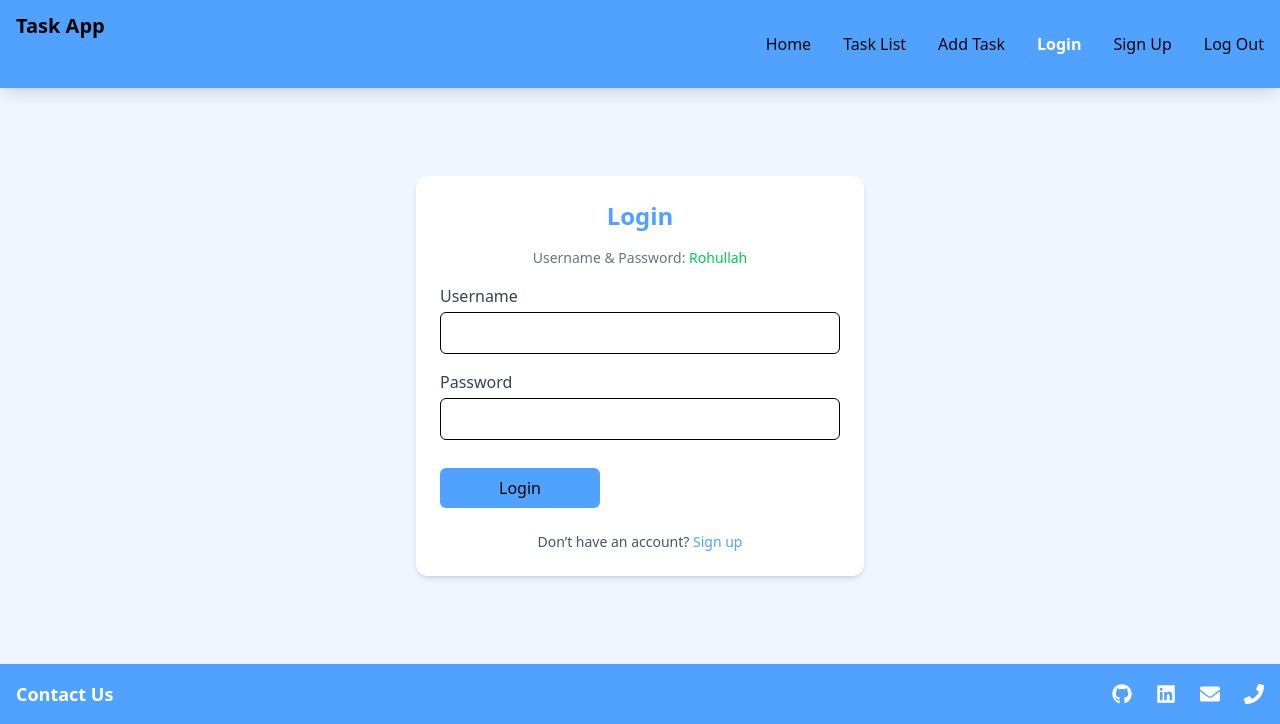
Repository: Rohullah-Noori/TaskApp
Page: /logout
These files come from the project's save history. The page is drawn as it stood at one moment and after the next save; the edit follows.
The browser window is 1280 px wide. The pictures show the whole page.
The project was rebuilt for these pictures with package versions that can differ from the ones it lists, and the page was loaded fresh each time. Also part of the build but not shown: vite.config.js, src/components/PrivateRoute.jsx, src/pages/Landing.jsx, src/pages/Home.jsx, src/pages/Signup.jsx, src/pages/Addtask.jsx, src/pages/Edittask.jsx, src/pages/Errorpage.jsx.

Above is the page before, as saved 2025-06-23 10:53:47.

### src/index.css
@import "tailwindcss";

.input {
  @apply border-3 border-blue-200 focus:outline-blue-500 w-full rounded-md p-1;
}

.containerForm {
  @apply flex items-center justify-center  p-10 h-[90%] bg-blue-100 flex-grow overflow-y-auto;
}
.parentContainerForm {
  @apply max-w-md bg-white p-8 rounded-lg shadow-lg w-[90%];
}

.heading {
  @apply text-xl sm:text-2xl md:text-3xl font-bold mb-6 text-gray-800 text-center p-1 md:p-4;
}

.taskContainer {
  @apply bg-blue-100 lg:h-full min-h-107 justify-center flex;
}
.taskinnerContainer {
  @apply mt-10 text-center h-[90%]  shadow-lg bg-amber-50  rounded-xl p-10  max-w-md w-full;
}

.btndesign {
  @apply mt-3 cursor-pointer rounded-md py-2 mb-2 w-[50%] text-wrap sm:w-40 bg-blue-400  hover:bg-blue-500 hover:text-white;
}

### src/App.jsx
import { TasksProvider } from "./components/TaskContext";
import { BrowserRouter as Router, Routes, Route } from "react-router-dom";
import PrivateRoute from "./components/PrivateRoute";
import { AuthProvider } from "./components/PrivateContext";
import Landing from "./pages/Landing";
import Home from "./pages/Home";
import Login from "./pages/Login";
import Signup from "./pages/Signup";
import Addtask from "./pages/Addtask";
import Edittask from "./pages/Edittask";
import Errorpage from "./pages/Errorpage";
import Logout from "./pages/Logout";

function App() {
  return (
    <>
      <Router>
        <AuthProvider>
          <TasksProvider>
            <Routes>
              <Route path="/" element={<PrivateRoute />}>
                <Route index element={<Landing />} />
                <Route path="/addtask" element={<Addtask />} />
                <Route path="/home" element={<Home />} />
                <Route path="/edit-task/:taskId" element={<Edittask />} />
              </Route>

              <Route path="/login" element={<Login />} />

              <Route path="/signup" element={<Signup />} />
              <Route path="/logout" element={<Logout />} />

              <Route path="/*" element={<Errorpage />} />
            </Routes>
          </TasksProvider>
        </AuthProvider>
      </Router>
    </>
  );
}

export default App;

### src/components/TaskContext.jsx
import { createContext, useContext, useState } from "react";

const TaskContext = createContext();
export const TasksProvider = ({ children }) => {
  const [tasks, setTasks] = useState([]);
  const [loading, setIsloading] = useState(false);
  const addtask = (newtask) => {
    setTasks((prevtask) => [...prevtask, newtask]);
  };

  const updateTask = (taskId, taskdata) => {
    setTasks((prevtask) =>
      prevtask.map((task) =>
        task.id === Number(taskId)
          ? {
              ...task,
              title: taskdata.title,
              startTime: taskdata.startTime,
              endTime: taskdata.endTime,
            }
          : task
      )
    );
  };

  return (
    <TaskContext.Provider
      value={{
        tasks,
        addtask,
        setTasks,
        loading,
        setIsloading,
        updateTask,
      }}
    >
      {children}
    </TaskContext.Provider>
  );
};

export const useTasks = () => useContext(TaskContext);

### src/components/PrivateContext.jsx
import { createContext, useContext, useEffect, useState } from "react";
import { useNavigate } from "react-router-dom";

const AuthContext = createContext();
export const AuthProvider = ({ children }) => {
  const [islogin, setIslogin] = useState(() => {
    return localStorage.getItem("islogin") === "true" ? true : false;
  });
  const navigate = useNavigate();

  useEffect(
    function () {
      localStorage.setItem("islogin", JSON.stringify(islogin));
    },

    [islogin]
  );

  const login = () => {
    setIslogin(true);
    navigate("/");
  };

  const logout = () => {
    setIslogin(false);
    navigate("/login");
  };

  return (
    <AuthContext.Provider value={{ login, logout, islogin }}>
      {children}
    </AuthContext.Provider>
  );
};

export const useAuth = () => useContext(AuthContext);

### src/pages/Login.jsx
import Navbar from "../components/Navbar";
import { useState } from "react";
import { Link } from "react-router-dom";
import Loader from "../components/Loader";
import Button from "../components/Button";
import { useAuth } from "../components/PrivateContext";
import Footer from "../components/Footer";

function Login() {
  const [message, setMessage] = useState("");
  const [loading, setIsloading] = useState(false);
  const [password, setPassword] = useState("");
  const [username, setUsername] = useState("");
  const { login } = useAuth();

  const validUsername = "Rohullah";
  const validPassword = "Rohullah";

  function handleSubmit(e) {
    e.preventDefault();
    setIsloading(true);
    setMessage("");

    if (username === validUsername && password === validPassword) {
      setTimeout(() => {
        setIsloading(false);
        setMessage("Login successfully");
        login();
      }, 1000);
    } else {
      setTimeout(() => {
        setMessage("Invalid username or password");
        setIsloading(false);
      }, 700);
    }
  }

  return (
    <>
      <Navbar />
      <main className="min-h-[80vh] flex justify-center items-center bg-blue-50 px-4">
        <div className="w-full max-w-md bg-white rounded-xl shadow-md p-6">
          <h2 className="text-2xl font-bold text-center text-blue-400 mb-4">
            Login
          </h2>

          <p className="text-sm text-gray-500 text-center mb-4">
            Username & Password:{" "}
            <span className="text-green-500 font-medium">Rohullah</span>
          </p>

          {loading && <Loader />}
          {message && (
            <div
              className={`text-sm px-4 py-2 rounded-md border mb-4 ${
                message === "Login successfully"
                  ? "bg-green-100 text-green-700 border-green-400"
                  : "bg-red-100 text-red-700 border-red-400"
              }`}
            >
              {message}
            </div>
          )}

          <form onSubmit={handleSubmit} className="space-y-4">
            <div>
              <label
                htmlFor="username"
                className="block text-gray-700 font-medium mb-1"
              >
                Username
              </label>
              <input
                type="text"
                id="username"
                value={username}
                onChange={(e) => setUsername(e.target.value)}
                className="w-full px-4 py-2 border rounded-md focus:outline-none focus:ring-2 focus:ring-blue-400"
              />
            </div>

            <div>
              <label
                htmlFor="password"
                className="block text-gray-700 font-medium mb-1"
              >
                Password
              </label>
              <input
                type="password"
                id="password"
                value={password}
                onChange={(e) => setPassword(e.target.value)}
                className="w-full px-4 py-2 border rounded-md focus:outline-none focus:ring-2 focus:ring-blue-400"
              />
            </div>

            <Button type="submit" className="w-full">
              Login
            </Button>
          </form>

          <p className="mt-4 text-center text-sm text-gray-600">
            Don’t have an account?{" "}
            <Link to="/signup" className="text-blue-400 hover:underline">
              Sign up
            </Link>
          </p>
        </div>
      </main>
      <Footer />
    </>
  );
}

export default Login;

### src/pages/Logout.jsx
import { useEffect, useState } from "react";
// import { useNavigate } from "react-router-dom";
import Loader from "../components/Loader";
import { useAuth } from "../components/PrivateContext";

function Logout() {
  // const navigate = useNavigate();
  const [loading, setIsloading] = useState(false);
  const { logout } = useAuth();
  useEffect(
    function () {
      setIsloading(true);
      setTimeout(() => {
        setIsloading(false);
        // navigate("/login");
        logout();
      }, 1000);
    },
    [logout]
  );
  return <div>{loading && <Loader />}</div>;
}

export default Logout;

### src/components/Button.jsx
function Button({ children, onClick, disabled }) {
  return (
    <button onClick={onClick} disabled={disabled} className="btndesign">
      {children}
    </button>
  );
}

export default Button;

### src/components/Navbar.jsx
import { Link, useLocation } from "react-router-dom";
import { useState } from "react";

const navItems = [
  { path: "/", label: "Home" },
  { path: "/home", label: "Task List" },
  { path: "/addtask", label: "Add Task" },

  { path: "/login", label: "Login" },
  { path: "/signup", label: "Sign Up" },
  { path: "/logout", label: "Log Out" },
];

function Navbar() {
  const location = useLocation();
  const [open, setOpen] = useState(false);

  const toggleMenu = () => setOpen(!open);

  return (
    <nav className="bg-blue-400 shadow-lg sticky top-0 z-50">
      <div className="flex items-center justify-between px-4 py-3">
        <div className="min-w-16 min-h-16">
          <h1 className="text-black sm:font-bold sm:text-xl text-lg">
            Task App
          </h1>
        </div>

        <div className="lg:hidden">
          <button
            onClick={toggleMenu}
            className="text-white focus:outline-none"
          >
            <svg
              xmlns="http://www.w3.org/2000/svg"
              className="w-6 h-6"
              fill="none"
              viewBox="0 0 24 24"
              stroke="currentColor"
            >
              <path
                strokeLinecap="round"
                strokeLinejoin="round"
                strokeWidth="2"
                d="M4 6h16M4 12h16M4 18h16"
              />
            </svg>
          </button>
        </div>

        <ul className="hidden lg:flex space-x-8">
          {navItems.map((item) => (
            <li key={item.path}>
              <Link
                to={item.path}
                className={`transition duration-200 hover:text-amber-50 ${
                  location.pathname === item.path
                    ? "text-white font-bold"
                    : "text-gray-950"
                }`}
              >
                {item.label}
              </Link>
            </li>
          ))}
        </ul>
      </div>

      {open && (
        <div className="lg:hidden px-4 pb-4">
          <ul className="flex flex-col space-y-3 bg-blue-400 rounded-md py-2 px-3">
            {navItems.map((item) => (
              <li key={item.path}>
                <Link
                  to={item.path}
                  onClick={() => setOpen(false)}
                  className={`block w-full transition duration-200 hover:text-amber-50 ${
                    location.pathname === item.path
                      ? "text-white font-bold"
                      : "text-gray-950"
                  }`}
                >
                  {item.label}
                </Link>
              </li>
            ))}
          </ul>
        </div>
      )}
    </nav>
  );
}

export default Navbar;

### src/components/Loader.jsx
import { useEffect, useState } from "react";

function Loader({ delay = 2000 }) {
  const [loading, setIsLoading] = useState(true);

  useEffect(() => {
    const timer = setTimeout(() => {
      setIsLoading(false);
    }, delay);

    return () => clearTimeout(timer);
  }, [delay]);

  if (!loading) return null;

  return (
    <div className="fixed inset-0 z-50 flex items-center justify-center backdrop-blur-md bg-white/10">
      <div className="px-8 py-4 rounded-xl bg-white/20 border border-white/30 shadow-lg backdrop-blur-lg">
        <h1 className="font-bold text-3xl text-blue-500">Loading...</h1>
      </div>
    </div>
  );
}

export default Loader;

### src/components/Footer.jsx
import { FaGithub, FaLinkedin, FaEnvelope, FaPhone } from "react-icons/fa";

function Footer() {
  return (
    <footer className="bg-blue-400 text-white py-4 w-full">
      <div className="container mx-auto px-4 flex flex-col md:flex-row items-center justify-between space-y-4 md:space-y-0">
        <h1 className="text-lg font-semibold">Contact Us</h1>

        <div className="flex items-center space-x-6 text-xl">
          <a
            href="https://github.com/Rohullah-Noori"
            target="_blank"
            rel="noopener noreferrer"
            className="hover:text-gray-300 transition"
          >
            <FaGithub />
          </a>
          <a
            href="https://linkedin.com"
            target="_blank"
            rel="noopener noreferrer"
            className="hover:text-gray-300 transition"
          >
            <FaLinkedin />
          </a>
          <a
            href="mailto:rohullah313noori313@gmail.com"
            className="hover:text-gray-300 transition"
          >
            <FaEnvelope />
          </a>
          <a href="tel:+93731142295" className="hover:text-gray-300 transition">
            <FaPhone />
          </a>
        </div>
      </div>
    </footer>
  );
}

export default Footer;

Loaded but not shown: index.html (common file); src/main.jsx (common file)

After the next save:
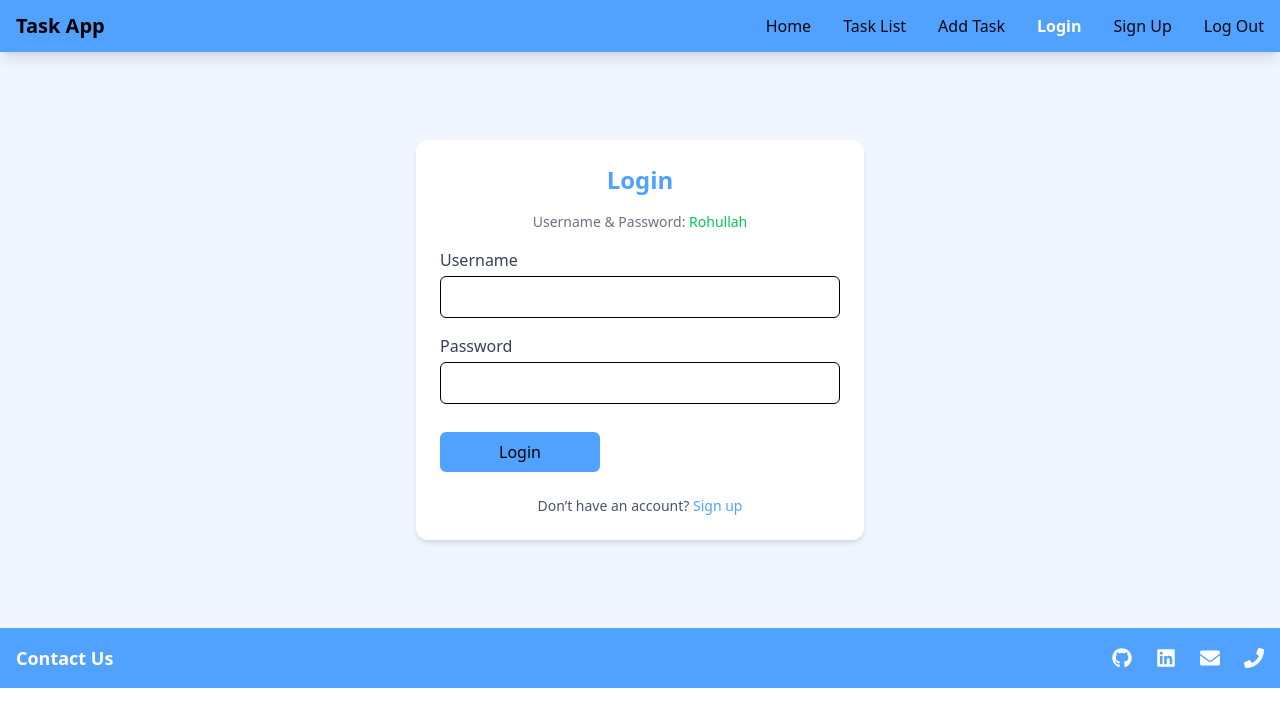
Saved 53 s later.
--- a/src/components/Navbar.jsx
+++ b/src/components/Navbar.jsx
@@ -5,7 +5,6 @@ const navItems = [
   { path: "/", label: "Home" },
   { path: "/home", label: "Task List" },
   { path: "/addtask", label: "Add Task" },
-
   { path: "/login", label: "Login" },
   { path: "/signup", label: "Sign Up" },
   { path: "/logout", label: "Log Out" },
@@ -13,41 +12,44 @@ const navItems = [
 
 function Navbar() {
   const location = useLocation();
-  const [open, setOpen] = useState(false);
+  const [isOpen, setIsOpen] = useState(false);
 
-  const toggleMenu = () => setOpen(!open);
+  const toggleMenu = () => setIsOpen(!isOpen);
+  const closeMenu = () => setIsOpen(false);
 
   return (
     <nav className="bg-blue-400 shadow-lg sticky top-0 z-50">
       <div className="flex items-center justify-between px-4 py-3">
-        <div className="min-w-16 min-h-16">
-          <h1 className="text-black sm:font-bold sm:text-xl text-lg">
-            Task App
-          </h1>
+        {/* Logo or Title */}
+        <div>
+          <h1 className="text-black font-bold text-lg sm:text-xl">Task App</h1>
         </div>
 
+        {/* Hamburger */}
         <div className="lg:hidden">
           <button
             onClick={toggleMenu}
             className="text-white focus:outline-none"
+            aria-label="Toggle navigation"
           >
             <svg
-              xmlns="http://www.w3.org/2000/svg"
               className="w-6 h-6"
               fill="none"
+              stroke="currentColor"
               viewBox="0 0 24 24"
-              stroke="currentColor"
+              xmlns="http://www.w3.org/2000/svg"
             >
               <path
                 strokeLinecap="round"
                 strokeLinejoin="round"
-                strokeWidth="2"
+                strokeWidth={2}
                 d="M4 6h16M4 12h16M4 18h16"
               />
             </svg>
           </button>
         </div>
 
+        {/* Desktop Menu */}
         <ul className="hidden lg:flex space-x-8">
           {navItems.map((item) => (
             <li key={item.path}>
@@ -66,14 +68,15 @@ function Navbar() {
         </ul>
       </div>
 
-      {open && (
+      {/* Mobile Menu */}
+      {isOpen && (
         <div className="lg:hidden px-4 pb-4">
           <ul className="flex flex-col space-y-3 bg-blue-400 rounded-md py-2 px-3">
             {navItems.map((item) => (
               <li key={item.path}>
                 <Link
                   to={item.path}
-                  onClick={() => setOpen(false)}
+                  onClick={closeMenu}
                   className={`block w-full transition duration-200 hover:text-amber-50 ${
                     location.pathname === item.path
                       ? "text-white font-bold"
